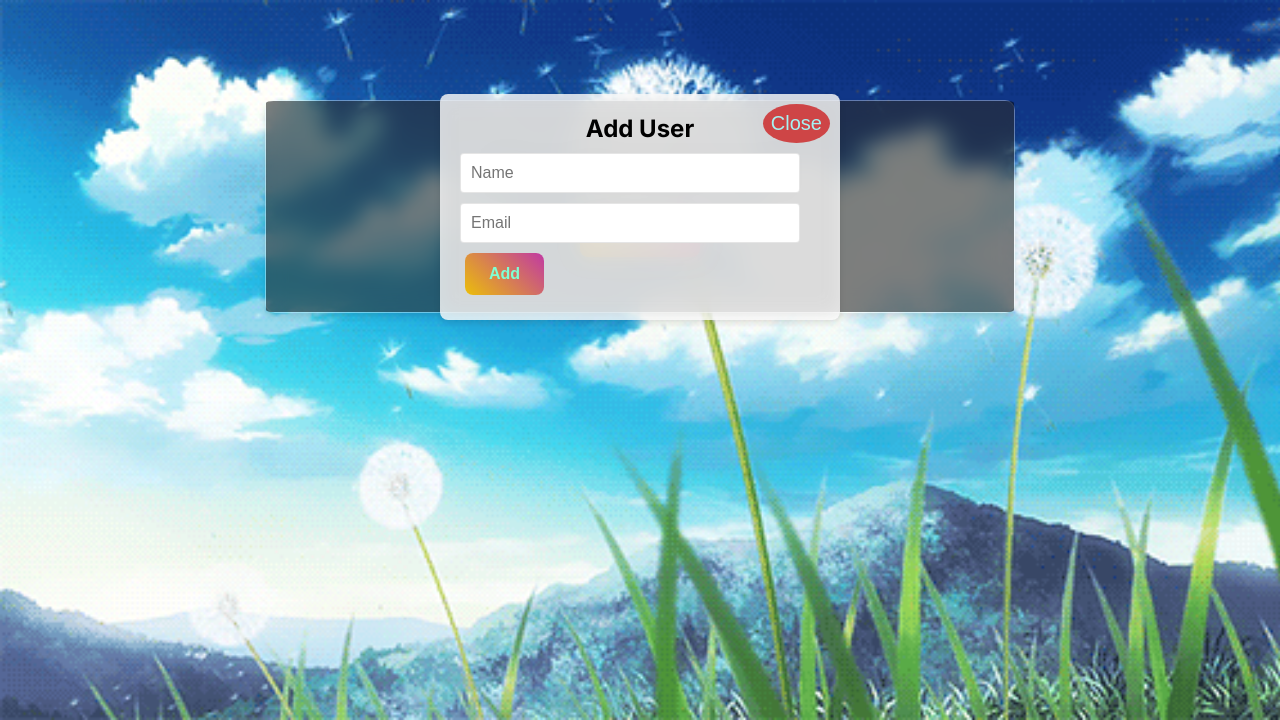
Repository: EeeeeEyyyy/crud-proj
Page: /, after clicking the first element matching `#add-n`
These files come from the project's save history. The page is drawn as it stood at one moment and after the next save; the edit follows.
The browser window is 1280 px wide. The pictures show the whole page.
The page's requests for data from a server got no answer. The project was rebuilt for these pictures with package versions that can differ from the ones it lists, and the page was loaded fresh each time. The framework's server and built-in components were replaced by stand-ins that run in the browser. No one was signed in, and anything a server would have sent is missing. Also part of the build but not shown: next.config.mjs.

Above is the page before, as saved 2024-06-25 09:16:35.

After the next save:
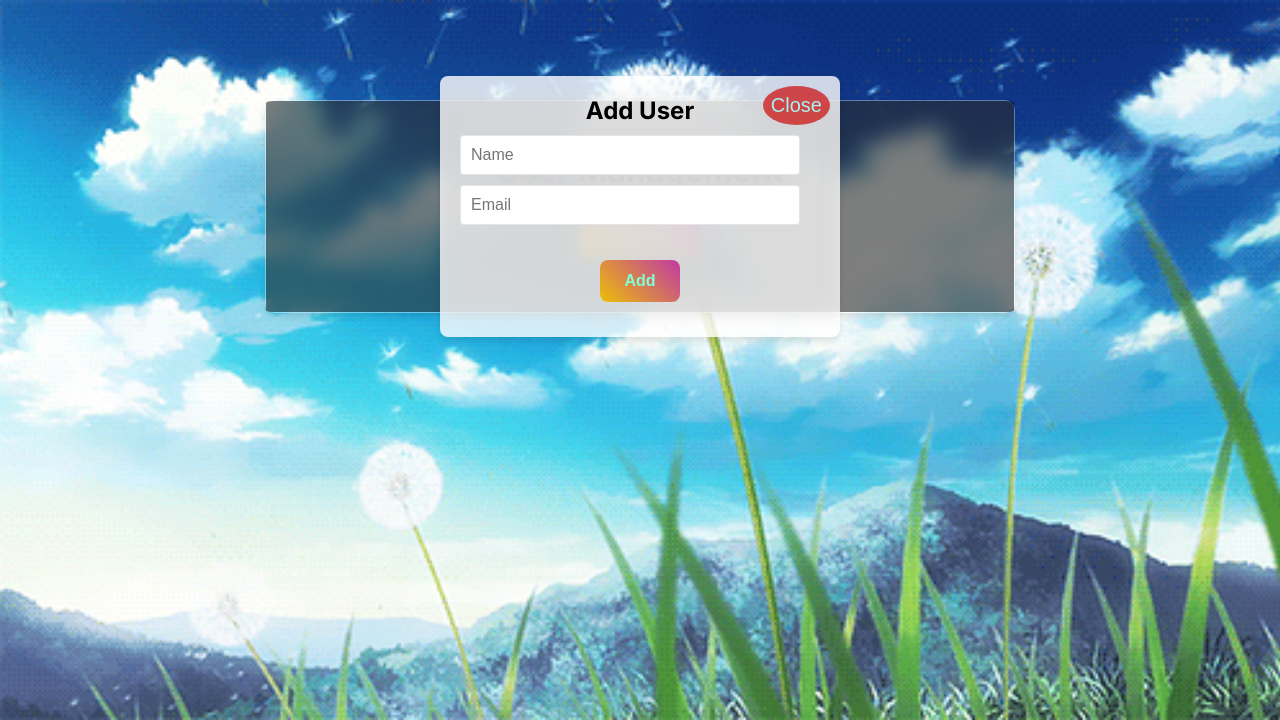
Saved 62 s later.
--- a/src/app/page.js
+++ b/src/app/page.js
@@ -149,9 +149,11 @@ const Page = () => {
                 setNewUser({ ...newUser, email: e.target.value })
               }
             />
-            <button onClick={addUser} className="glassButton" id="add-n">
-              Add
-            </button>
+            <div className="update-b">
+              <button onClick={addUser} className="glassButton" id="add-n">
+                Add
+              </button>
+            </div>
             <button onClick={closeCreateModal} className="closeButton">
               Close
             </button>
